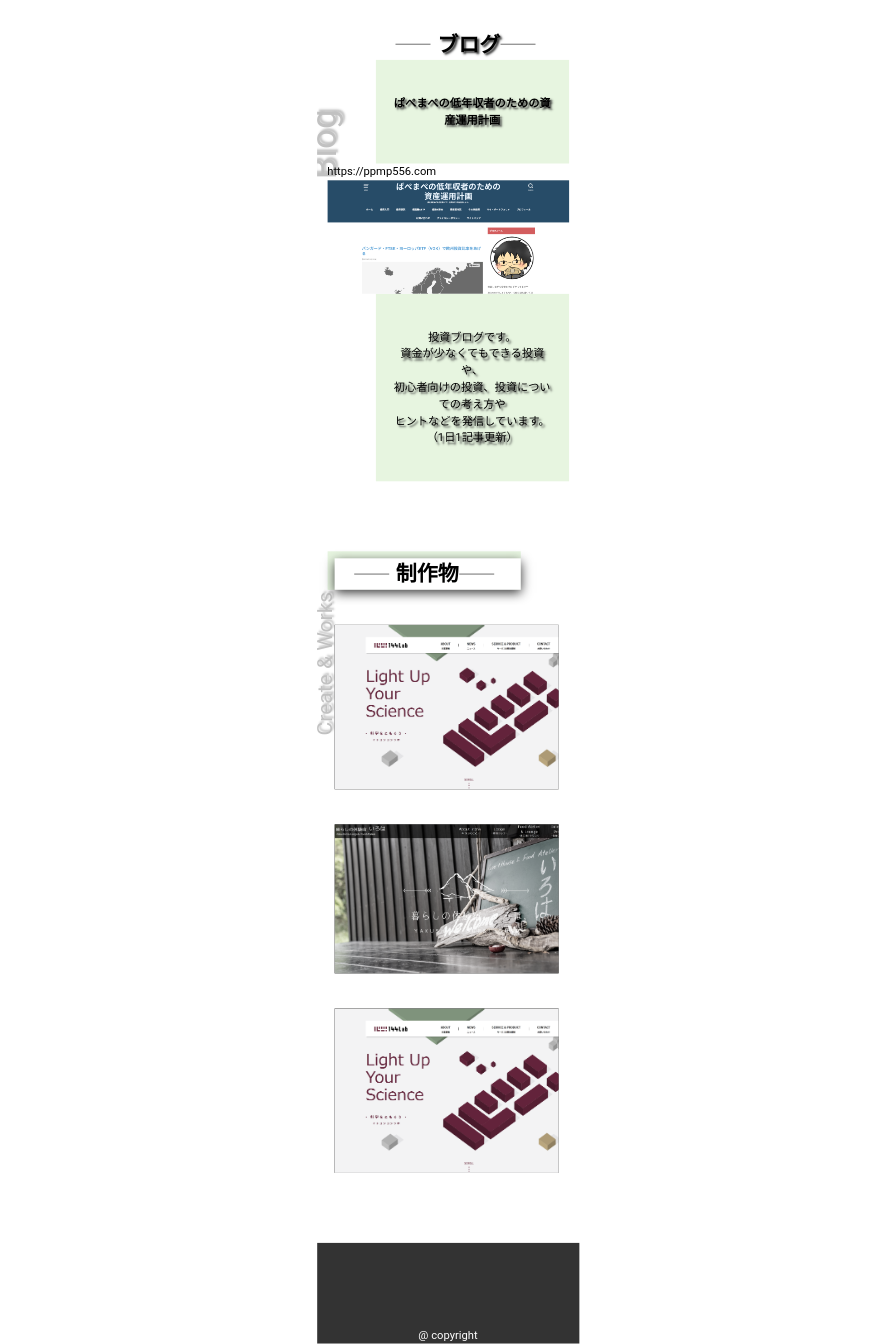
Repository: ppmp556/portfolio6
Page: index copy.html
These files come from the project's save history. The page is drawn as it stood at one moment and after the next save; the edit follows.
The browser window is 1280 px wide. The pictures show the part of the page from y = 2781 to 4701 px (the page is 4701 px tall before and 4581 px after), at 70% of full size.
Some web libraries are served in a nearby version. The style sheet was rebuilt from its Sass, Less or Tailwind sources for each picture, by a compiler version that may differ from the author's.

Above is the page before, as saved 2020-10-26 16:55:21.

### index copy.html
<!DOCTYPE html>
<html ja>
  <head>
    <meta charset="utf-8" />
    <meta
      name="viewport"
      content="width=device-width, initial-scale=1.0, maximum-scale=1.0, minimum-scale=1.0"
    />
    <title>ポートフォリオ</title>
    <link rel="stylesheet" href="css/faundation.css" />
    <link rel="stylesheet" href="css/main.css" />
    <link
      href="https://use.fontawesome.com/releases/v5.6.1/css/all.css"
      rel="stylesheet"
    />
    <script src="https://ajax.googleapis.com/ajax/libs/jquery/3.4.1/jquery.min.js"></script>
  </head>

  <body>
    <div class="container">

      <div class="kv" id="kv_slide">
        <div class="kv_container">
          <img src="images/道.jpg" alt="" class="kv_img">
          <img src="images/仕事場.jpg" alt="" class="kv_img">
          <img src="images/木.jpg" alt="" class="kv_img">



          <!-- <div class="kv_wrapper line"> -->
            <div class="kv_txtbox">

              <p class="kv_ttl">
                kuma
                  <!-- ポートフォリオ<span class="line_type">|</span> -->
              </p><!-- /.kv_animetype -->
              <p class="kv_txt line">making website<span class="line_type">|</span></p><!-- /.kv_txt -->


            <!-- </div> -->
            </div><!-- /.kv_txtbox -->
          <!-- /.kv_wrapper -->
        </div><!-- /.kv_container -->
      </div>
      <!-- /#kv.kv -->

      <header class="header" id="top">
        <div class="header_inner flex">
          <h1 class="header_ttl"><a href="index.html">My Portfolio</a></h1>
          <!-- /.header_ttl -->

          <nav class="nav">
            <!-- ハンバーガーメニュー部分 -->

            <div class="nav_ham" id="nav_toggle">
              <span class="nav_line tg1"></span>
              <span class="nav_line tg2"></span>
              <span class="nav_line tg3"></span>
            </div>
            <!-- ハンバーガーメニューここまで -->

            <ul class="nav_list flex">
              <div class="nav_inner">
                <li class="nav_item">
                  <a href="#Top" class="nav_link">TOP</a>
                </li>
                <!-- /.nav_item -->
                <li class="nav_item">
                  <a href="#about" class="nav_link">Profile</a>
                </li>
                <!-- /.nav_item -->
                <li class="nav_item">
                  <a href="#skill" class="nav_link">Skill</a>
                </li>
                <!-- /.nav_item -->
                <li class="nav_item">
                  <a href="#blog" class="nav_link">Blog</a>
                </li>
                <!-- /.nav_item -->
                <li class="nav_item">
                  <a href="#create" class="nav_link">Create</a>
                </li>
                <!-- /.nav_item -->
              </div><!-- /.nav_inner -->
            </ul>
            <!-- /.nav_list -->
          </nav>
          <!-- /.nav -->
        </div><!-- /.header_inner -->
      </header>
      <!-- /.header -->



      <main class="main_container">
        <div class="inner">

          <section class="about" id="about">
            <h2 class="section_ttl">プロフィール</h2>
            <!-- /.section_ttl -->

            <div class="section_inner">
              <p class="about_txt">
                Lorem ipsum dolor sit amet consectetur adipisicing elit. Accusamus laudantium aperiam quis, voluptates nihil asperiores eaque, eligendi quisquam amet animi perspiciatis ex quia inventore maxime, iusto et magni delectus fugit.
              </p><!-- /.about_txt -->

              <div class="about_clip clip1">
                <div class="about_content">
                  <div class="about_imgbox">
                    <img src="images/アイコン.jpg" alt="" class="about_img">
                    <div class="about_share">
                      <a href="" class="about_share_icon">
                        <i class="fab fa-twitter fa-2x share"></i>
                        <p class="about_sharetxt">Twittreアカウント：ぱぺまぺ</p>
                        <!-- /.about_sharetxt --> </a
                      ><!-- /.about_share_icon -->
                        <br>
                      <!-- <a -->
                        <!-- href="https://twitter.com/share" -->
                        <!-- class="twitter_share_button" -->
                        <!-- data-via="webgaku" -->
                        <!-- data-lang="ja" -->
                        <!-- >ツイート</a -->
                      <!-- > -->
                        <!-- <br> -->
                      <a
                        href="https://twitter.com/ppmp65"
                        class="twitter_follow_button"
                        data-show-count="false"
                        data-lang="ja"
                        >@ppmp65さんをフォロー</a
                      >
                    </div>
                    <!-- /.about_share -->
                  </div>
                  <!-- /.about_imgbox -->
                </div>
                <!-- /.about_content -->
              </div><!-- /.about_clip -->


              <div class="about_clip clip2">
                <div class="about_content __aboutblock">
                  <div class="about_imgbox">
                    <img src="/images/IMG_20190603_225315.jpg" alt="" class="about_img">
                  </div><!-- /.about_imgbox -->
                  <p class="about_txt">
                    はじめまして、福島県を拠点に活動するフリーランスエンジニアの熊田といいます。<br />
                  </p>
                  <!-- /.about_txt -->
                </div>
                <!-- /.about_content -->

              </div><!-- /.about_clip -->
            </div>
            <!-- /.section_inner -->
          </section>
          <!-- /#about.about -->



          <section class="policy" id="policy">
            <div class="section_ttlwrap">
              <h2 class="section_ttl">大切にしていること</h2>
            </div><!-- /.section_ttlwrap -->
            <!-- /.section_ttl -->

            <div class="policy_animebox">
              <div class="policy_anime">
                <p class="policy_txt">
                  <!-- 小さなことからコツコツと毎日やる。<br /> -->
                  <!-- 毎日1mmでもいいから前にすすめる。 -->
                  サンプルサンプルサンプル
                  サンプルサンプルサンプル
                  サンプルサンプルサンプル
                  サンプルサンプルサンプル
                  サンプルサンプルサンプル
                </p>
                <!-- /.policy_txt -->
              </div>
              <!-- /.policy_anime -->
            </div>
            <!-- /.policy_anime -->
          </section>
          <!-- /#policy.policy -->

          <section class="skill" id="skill">
            <div class="scroll_fade_row">
              <h2 class="section_ttl">できること</h2>
              <!-- /.section_ttl -->

              <div class="skill_box">
                <div class="skill_content">


                  <!-- <div class="slide_btn prev"> -->
                    <!-- <i class="fas fa-chevron-circle-left"></i> -->
                  <!-- </div> -->
                  <!-- /.slide_btn -->

                  <div class="skill_inner">
                    <div class="skill_inbox slide active">
                      <i class="skillIcon fas fa-pen"></i>
                      <p class="skill_inboxttl">執筆</p>
                      <!-- /.skill_inboxttl -->
                      <p class="skill_txt">
                        文章を考えるのが好きです<br />
                        ブログ執筆で毎日1000～2000文字程度<br />
                        書いています。<br />
                        ブログは毎日1日1記事更新。
                      </p>
                      <!-- /.skill_txt -->
                    </div>
                    <!-- /.skill_inbox -->

                    <div class="skill_inbox slide active">
                      <i class="fab fa-html5"></i>
                      <i class="fab fa-css3"></i>
                      <i class="fab fa-sass"></i>
                      <p class="skill_inboxttl">コーディング</p>
                      <!-- /.skill_inboxttl -->
                      <p class="skill_txt">
                        独学とプログラミングスクール併用<br />
                        全くの知識ゼロから始めました。<br />
                      </p>
                      <!-- /.skill_txt -->
                    </div>
                    <!-- /.skill_inbox -->

                    <div class="skill_inbox slide active">
                      <i class="fab fa-js"></i>
                      <p class="skill_inboxttl">コーディング</p>
                      <!-- /.skill_inboxttl -->
                      <p class="skill_txt">
                        独学とプログラミングスクール併用<br />
                        全くの知識ゼロから始めました。<br />
                      </p>
                      <!-- /.skill_txt -->
                    </div>
                    <!-- /.skill_inbox -->

                    <div class="skill_inbox slide active">
                      <i class="fab fa-wordpress"></i>
                      <p class="skill_inboxttl">コーディング</p>
                      <!-- /.skill_inboxttl -->
                      <p class="skill_txt">
                        独学とプログラミングスクール併用<br />
                        全くの知識ゼロから始めました。<br />
                      </p>
                      <!-- /.skill_txt -->
                    </div>
                    <!-- /.skill_inbox -->



                    <div class="skill_inbox slide active">
                      <i class="skillIcon fas fa-cog"></i>
                      <p class="skill_inboxttl">執筆</p>
                      <!-- /.skill_inboxttl -->
                      <p class="skill_txt">
                        文章を考えるのが好きです<br />
                        ブログ執筆で毎日1000～2000文字程度<br />
                        書いています。<br />
                        ブログは毎日1日1記事更新。
                      </p>
                      <!-- /.skill_txt -->
                    </div>
                    <!-- /.skill_inbox -->
                  </div>
                  <!-- /.skill_inner -->
                </div>
                <!-- /.skill_content -->
              </div>
              <!-- /.skill_box -->
            </div>
            <!-- /.scroll_fade_row -->
          </section>
          <!-- /#skill.skill -->



          <section class="blog" id="blog">
            <div class="scroll_fade_row">
              <div class="section_ttlwrap">
                <h2 class="section_ttl">ブログ</h2>
                <!-- /.section_ttl -->
              </div><!-- /.section_ttlwrap -->

              <div class="section_inner">
                <h3 class="blog_txt">ぱぺまぺの低年収者のための資産運用計画</h3>
                <!-- /.blog_txt -->

                <div class="blog_imgbox">
                  <a href="https://ppmp556.com"
                    >https://ppmp556.com
                    <img
                      class="blogImg"
                      src="images/invest01.png"
                      alt="ブログ1"
                    />
                  </a>
                </div>
                <!-- /.blog_imgbox -->

                <div class="blog_txtbox">
                  <p class="blog_txt">
                    投資ブログです。<br />
                    資金が少なくてもできる投資や、<br />
                    初心者向けの投資、投資についての考え方や<br />
                    ヒントなどを発信しています。（1日1記事更新）
                  </p>
                  <!-- /.blog_txt -->
                </div>
                <!-- /.blog_txtbox -->
              </div>
              <!-- /.section_inner -->
            </div>
            <!-- /.scroll_fade_row -->
          </section>
          <!-- /#blog.blog -->



          <section class="create" id="create">
            <div class="scroll_fade_row">
              <div class="section_ttlwrap">
                <h2 class="section_ttl">制作物</h2>
                <!-- /.section_ttl -->
              </div><!-- /.section_ttlwrap -->
              <div class="section_inner">

                <figure class="create_imgbox">
                  <img src="images/Screenshot_2020-05-28 模写.png" alt="" class="create_img">
                  <figcaption class="create_txtbox">
                    <p class="create_txt">Light Up (ランディングページ)</p>
                    <p class="create_txt">模写サイト(デザインカンプ)</p>
                    <p class="create_txt">html / css / AdobeXd</p>
                    <p class="create_txt">非レスポンシブ</p>
                  </figcaption>
                  <!-- /.create_ttl -->
                </figure>
                <!-- /.create_imgbox -->

                <figure class="create_imgbox">
                  <img src="images/Screenshot_2020-10-26 いろは模写.jpg" alt="" class="create_img">
                  <figcaption class="create_txtbox">
                    <p class="create_txt">暮らしの体験宿 いろは</p>
                    <p class="create_txt">模写サイト(デザインカンプ)</p>
                    <p class="create_txt">html / css / JavaScript / jQuery /AdobeXd</p>
                    <p class="create_txt">レスポンシブ</p>
                  </figcaption>
                  <!-- /.create_ttl -->
                </figure>
                <!-- /.create_imgbox -->

                <figure class="create_imgbox">
                  <img src="images/Screenshot_2020-05-28 模写.png" alt="" class="create_img">
                  <figcaption class="create_txtbox">
                    <p class="create_txt">ポートフォリオ</p>
                    <p class="create_txt">このサイト</p>
                    <p class="create_txt">html / css / Sass/ JS / jQuery / AdobeXd</p>
                    <p class="create_txt">レスポンシブ</p>
                  </figcaption>
                  <!-- /.create_ttl -->
                </figure>
                <!-- /.create_imgbox -->


              </div>
              <!-- /.section_inner -->
            </div>
            <!-- /.scroll_fade_row -->
          </section>
          <!-- /#create.create -->
        </div>
        <!-- /.inner -->
      </main>

      <footer class="footer">
        <ul class="footer_list">
          <li class="footer_nav">
            <a href="" class="footer_link"></a>
          </li>
          <!-- /.footer_nav -->
          <li class="footer_nav">
            <a href="" class="footer_link"></a>
          </li>
          <!-- /.footer_nav -->
          <li class="footer_nav">
            <a href="" class="footer_link"></a>
          </li>
          <!-- /.footer_nav -->
          <li class="footer_nav">
            <a href="" class="footer_link"></a>
          </li>
          <!-- /.footer_nav -->
          <li class="footer_nav">
            <a href="" class="footer_link"></a>
          </li>
          <!-- /.footer_nav -->
        </ul>
        <!-- /.footer_list -->

        <div class="footer_copy">
          <small class="footer_txt">@ copyright</small
          ><!-- /.footer_txt -->
        </div>
        <!-- /.footer_copy -->
      </footer>
      <!-- /.footer -->
    </div>
    <!-- /.container -->

    <!-- <btn id="page-top"><a href="#top">PAGE TOP</a></btn> -->
    <script src="https://code.jquery.com/jquery-3.4.1.js"></script>
    <script src="main.js"></script>
  </body>
</html>

### css/faundation.css
/*
html5doctor.com Reset Stylesheet
v1.6.1
Last Updated: 2010-09-17
Author: Richard Clark - http://richclarkdesign.com
Twitter: @rich_clark
*/

html,
body,
div,
span,
object,
iframe,
h1,
h2,
h3,
h4,
h5,
h6,
p,
blockquote,
pre,
abbr,
address,
cite,
code,
del,
dfn,
em,
img,
ins,
kbd,
q,
samp,
small,
strong,
sub,
sup,
var,
b,
i,
dl,
dt,
dd,
ol,
ul,
li,
fieldset,
form,
label,
legend,
table,
caption,
tbody,
tfoot,
thead,
tr,
th,
td,
article,
aside,
canvas,
details,
figcaption,
figure,
footer,
header,
hgroup,
menu,
nav,
section,
summary,
time,
mark,
audio,
video {
  margin: 0;
  padding: 0;
  border: 0;
  outline: 0;
  font-size: 100%;
  vertical-align: baseline;
  background: transparent;
}

body {
  line-height: 1.5;
}

article,
aside,
details,
figcaption,
figure,
footer,
header,
hgroup,
menu,
nav,
section {
  display: block;
}

nav ul {
  list-style: none;
}

table {
  border-collapse: collapse;
  border-spacing: 0;
}


a {
  color: inherit;
  text-decoration: none;
}


img {
  width: 100%;

  /*画像がはみでるのを防ぐ　max-width*/
  max-width: 100%;
  height: auto;

  vertical-align: bottom;
}

/* h1,h2,h3,h4,h5,h6 { */
/* font-weight: bold; */
/* } */

Loaded but not shown: main.js (227 lines, source omitted); css/main.scss (1051 lines, source omitted)

After the next save:
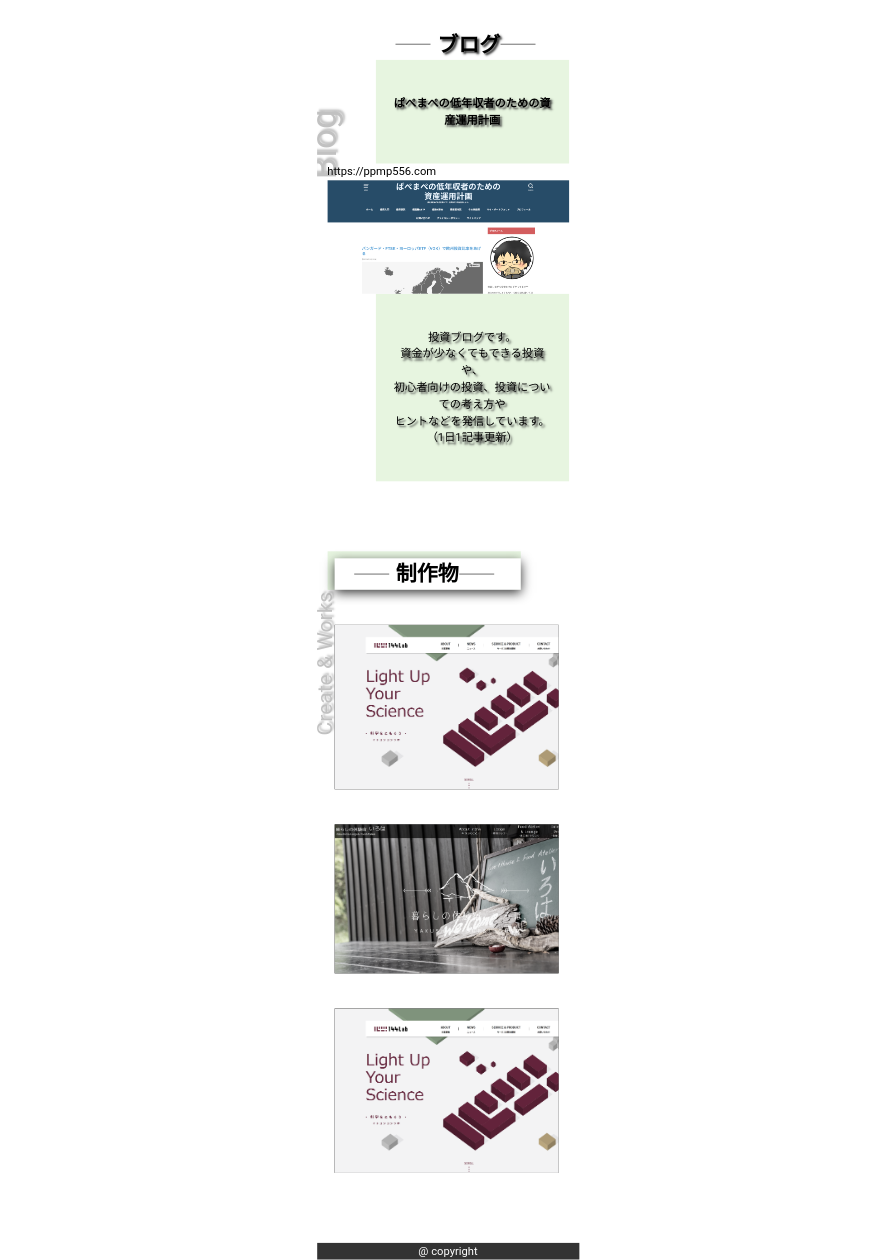
Saved 27 s later.
--- a/index copy.html
+++ b/index copy.html
@@ -377,33 +377,10 @@
       </main>
 
       <footer class="footer">
-        <ul class="footer_list">
-          <li class="footer_nav">
-            <a href="" class="footer_link"></a>
-          </li>
-          <!-- /.footer_nav -->
-          <li class="footer_nav">
-            <a href="" class="footer_link"></a>
-          </li>
-          <!-- /.footer_nav -->
-          <li class="footer_nav">
-            <a href="" class="footer_link"></a>
-          </li>
-          <!-- /.footer_nav -->
-          <li class="footer_nav">
-            <a href="" class="footer_link"></a>
-          </li>
-          <!-- /.footer_nav -->
-          <li class="footer_nav">
-            <a href="" class="footer_link"></a>
-          </li>
-          <!-- /.footer_nav -->
-        </ul>
-        <!-- /.footer_list -->
+
 
         <div class="footer_copy">
-          <small class="footer_txt">@ copyright</small
-          ><!-- /.footer_txt -->
+          <small class="footer_txt">@ copyright</small><!-- /.footer_txt -->
         </div>
         <!-- /.footer_copy -->
       </footer>
